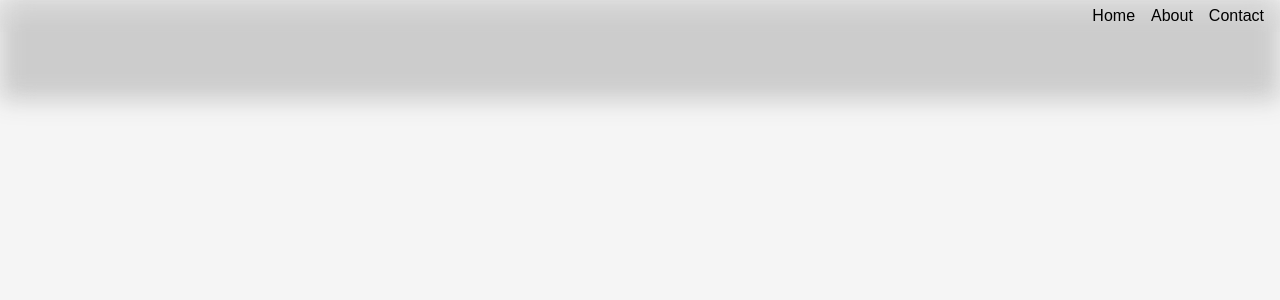
Repository: Iban-del/PortfolioV2
Page: /
The author's editor kept a copy of each file at every save. The page is drawn from the files as they stood at one save, then again after a run of saves.
The browser window is 1280 px wide. The pictures show the whole page.
The project was rebuilt for these pictures with package versions that can differ from the ones it lists, and the page was loaded fresh each time. Also part of the build but not shown: vite.config.ts.

Above is the page before, as saved 2026-09-16 15:05:54.

After the next 2 saves:
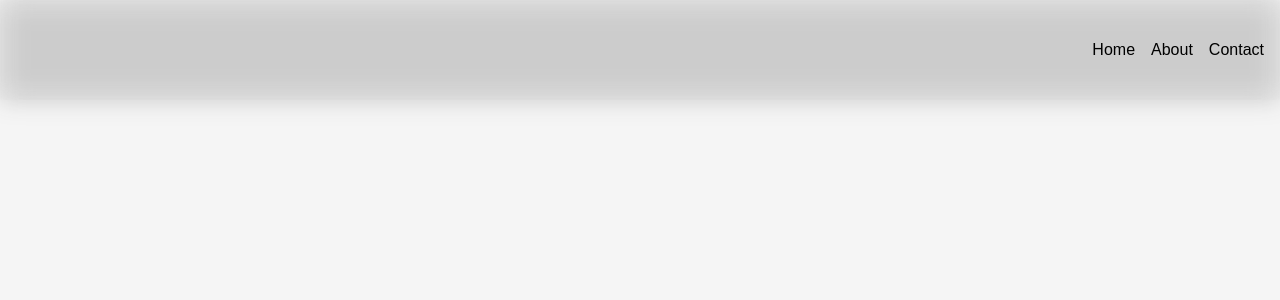
The 2 saves are shown as one change because they came seconds apart.
The last was saved 6 s later.
--- a/src/components/Nav.tsx
+++ b/src/components/Nav.tsx
@@ -72,7 +72,7 @@ const Nav = ({
         <>
 
             <div  ref={background} className="w-screen h-25 fixed blur-md bg-foreground/20 backdrop-blur-sm"></div>
-            <nav  ref={nav} className="bg-transparentc fixed w-screen backdrop-blur-sm p-4 h-[5px] flex items-center justify-between">
+            <nav  ref={nav} className="bg-transparentc fixed w-screen backdrop-blur-sm p-4 h-25 flex items-center justify-between">
                 <div>
                     {icon}
                 </div>
